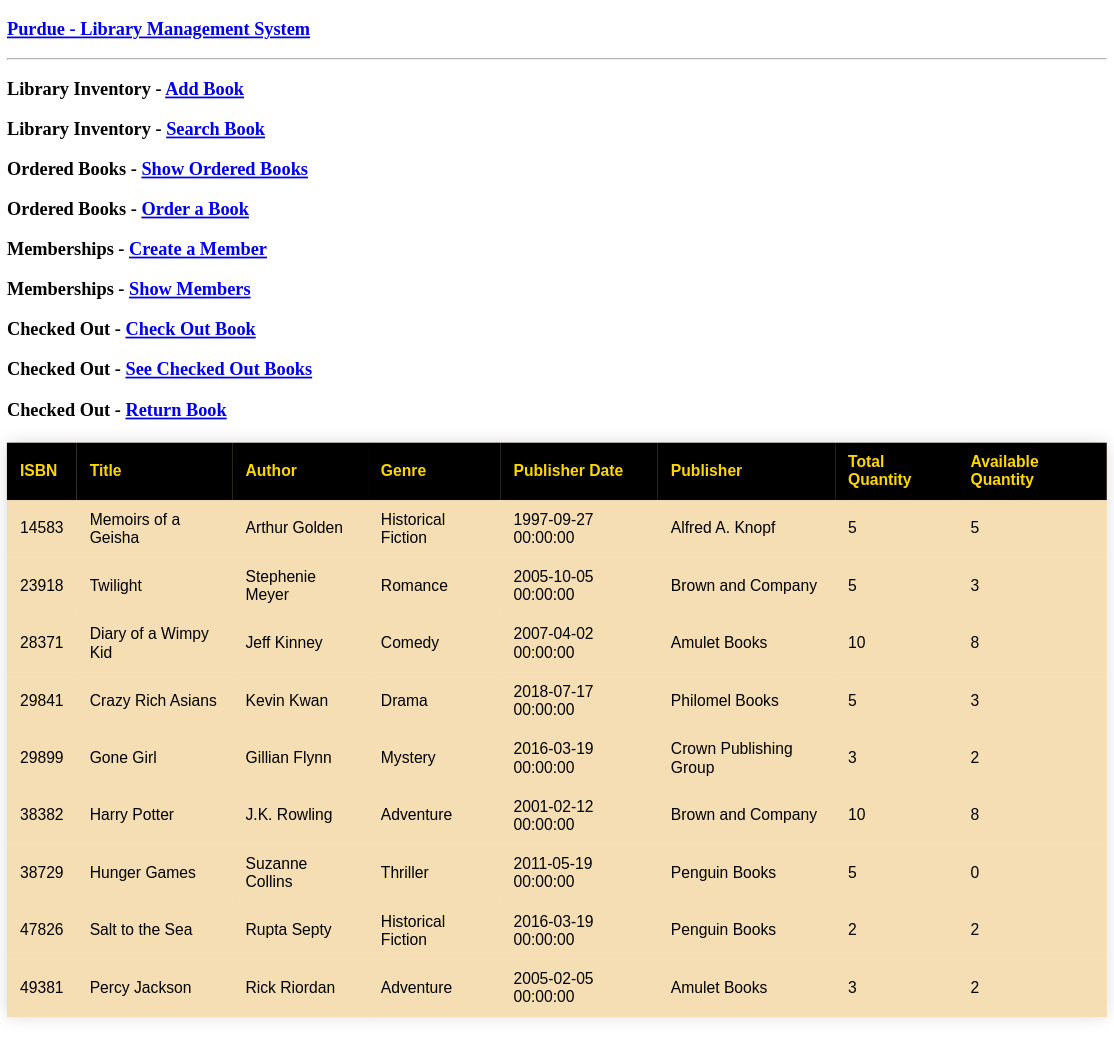
Repository: CS348-GroupProject/CS348-Group-Project
Page: http://localhost/
An editor plug-in stored every save of this project. The page is shown before and after the next save, followed by the edit.
The browser window is 1280 px wide. The pictures show the whole page, at 87% of full size.
The page is served by the project's application, run on Flask 3 (app.py). The page reads the database file committed with the project.

Above is the page before, as saved 2022-04-27 00:27:18.

After the next save:
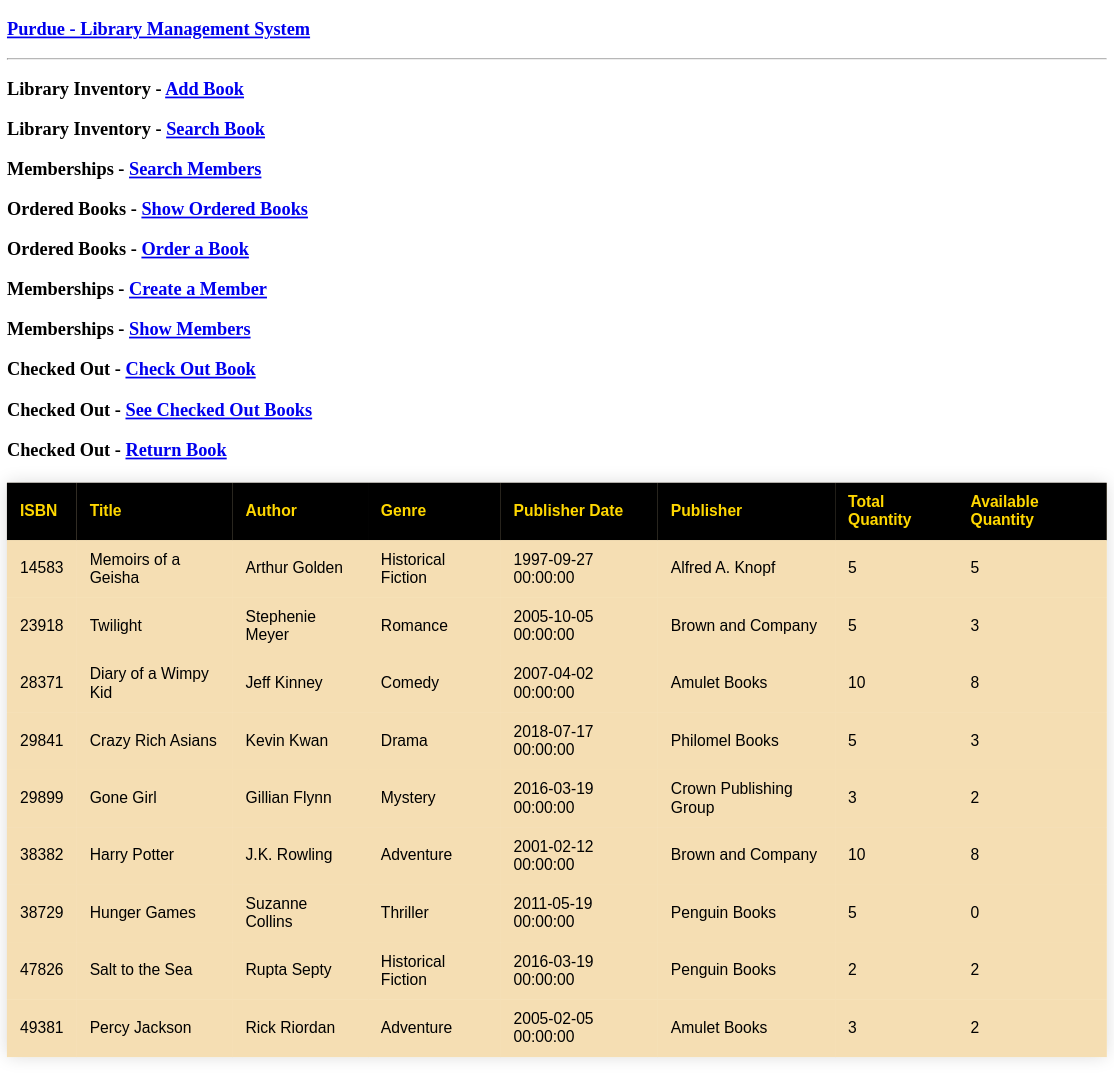
Saved 12 min 21 s later.
--- a/templates/show_all.html
+++ b/templates/show_all.html
@@ -44,6 +44,10 @@
 
     <h3>
       Library Inventory - <a href="{{ url_for('search') }}">Search Book </a>
+    </h3>
+
+    <h3>
+      Memberships - <a href="{{ url_for('show_users') }}">Search Members </a>
     </h3>
 
     <h3>
